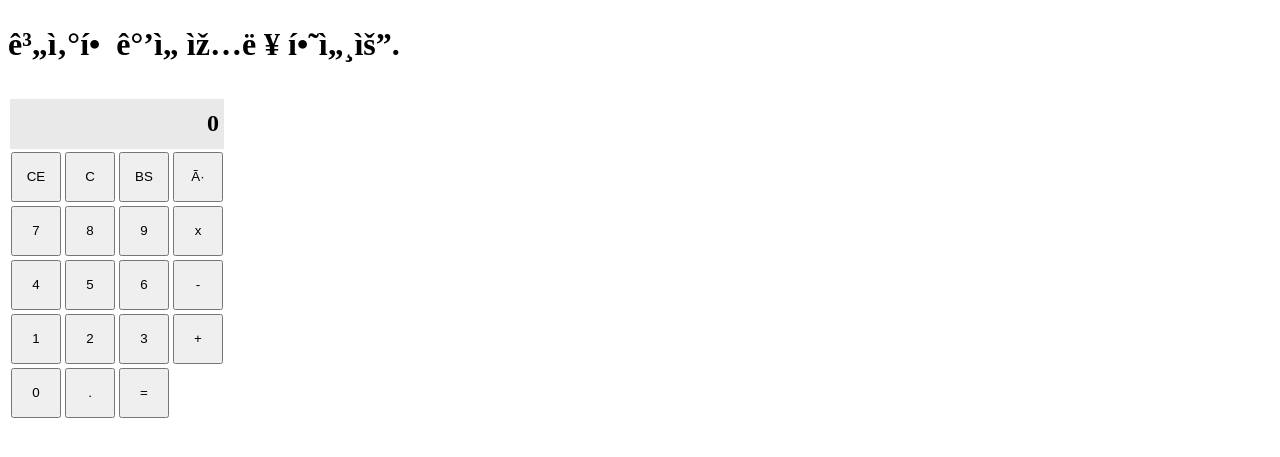
Repository: soyamilk0705/spring-newlecture
Page: http://localhost/JSPPrj/calculator.jsp
An editor plug-in stored every save of this project. The page is shown before and after the next save, followed by the edit.
The browser window is 1280 px wide. The pictures show the whole page.
The page is served by Tomcat 9. Other server files are loaded and not shown.

Above is the page before, as saved 2024-01-13 14:54:12.

### ServeltAndJsp/JSPPrj/WebContent/calculator.jsp
<!DOCTYPE html>
<html>
<head>
<meta charset="UTF-8">
<title>Insert title here</title>
<style>
input{
	width: 50px;
	height: 50px;
}
.output{
	height: 50px;
	background: #e9e9e9;
	font-size: 24px;
	font-weight: bold;
	text-align: right;
	padding: 0px 5px;
}
</style>
</head>
<body>
	<h1>계산할 값을 입력 하세요.</h1>
	<form action="/calc3" method="post">
		<table>
			<tr>
				<td class="output" colspan="4">0</td>
			</tr>
			<tr>
				<td><input type="submit" name="operator" value="CE" /></td>
				<td><input type="submit" name="operator" value="C" /></td>
				<td><input type="submit" name="operator" value="BS" /></td>
				<td><input type="submit" name="operator" value="÷" /></td>
			</tr>
			<tr>
				<td><input type="submit" name="value" value="7" /></td>
				<td><input type="submit" name="value" value="8" /></td>
				<td><input type="submit" name="value" value="9" /></td>
				<td><input type="submit" name="operator" value="x" /></td>
			</tr>
			<tr>
				<td><input type="submit" name="value" value="4" /></td>
				<td><input type="submit" name="value" value="5" /></td>
				<td><input type="submit" name="value" value="6" /></td>
				<td><input type="submit" name="operator" value="-" /></td>
			</tr>
			<tr>
				<td><input type="submit" name="value" value="1" /></td>
				<td><input type="submit" name="value" value="2" /></td>
				<td><input type="submit" name="value" value="3" /></td>
				<td><input type="submit" name="operator" value="+" /></td>
			</tr>
			<tr>
				<td><input type="submit" name="value" value="0" /></td>
				<td><input type="submit" name="dot" value="." /></td>
				<td><input type="submit" name="operator" value="=" /></td>
			</tr>
		</table>
	</form>
</body>
</html>

After the next save:
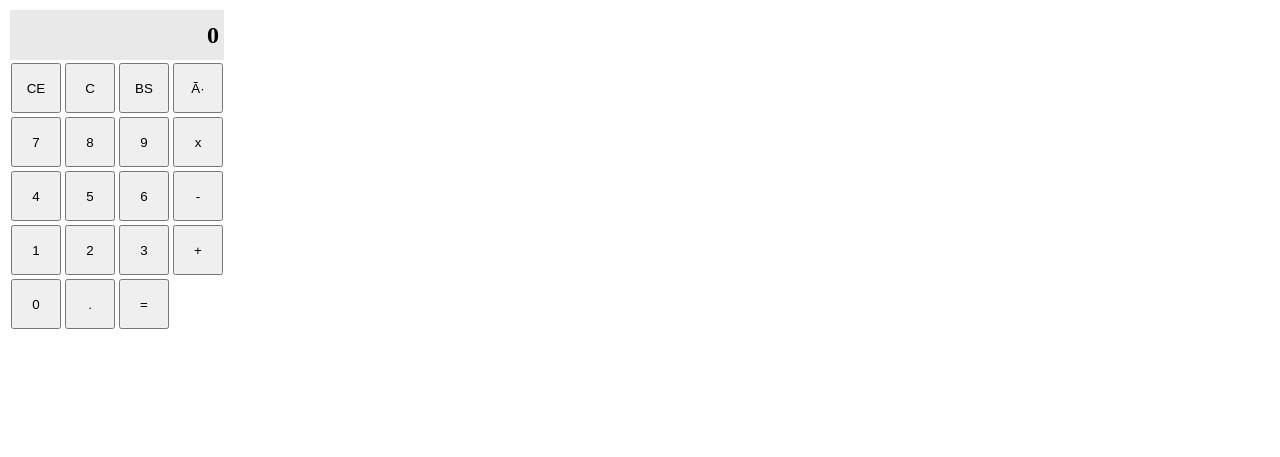
Saved 2 days later.
--- a/ServeltAndJsp/JSPPrj/WebContent/calculator.jsp
+++ b/ServeltAndJsp/JSPPrj/WebContent/calculator.jsp
@@ -19,7 +19,6 @@ input{
 </style>
 </head>
 <body>
-	<h1>계산할 값을 입력 하세요.</h1>
 	<form action="/calc3" method="post">
 		<table>
 			<tr>
